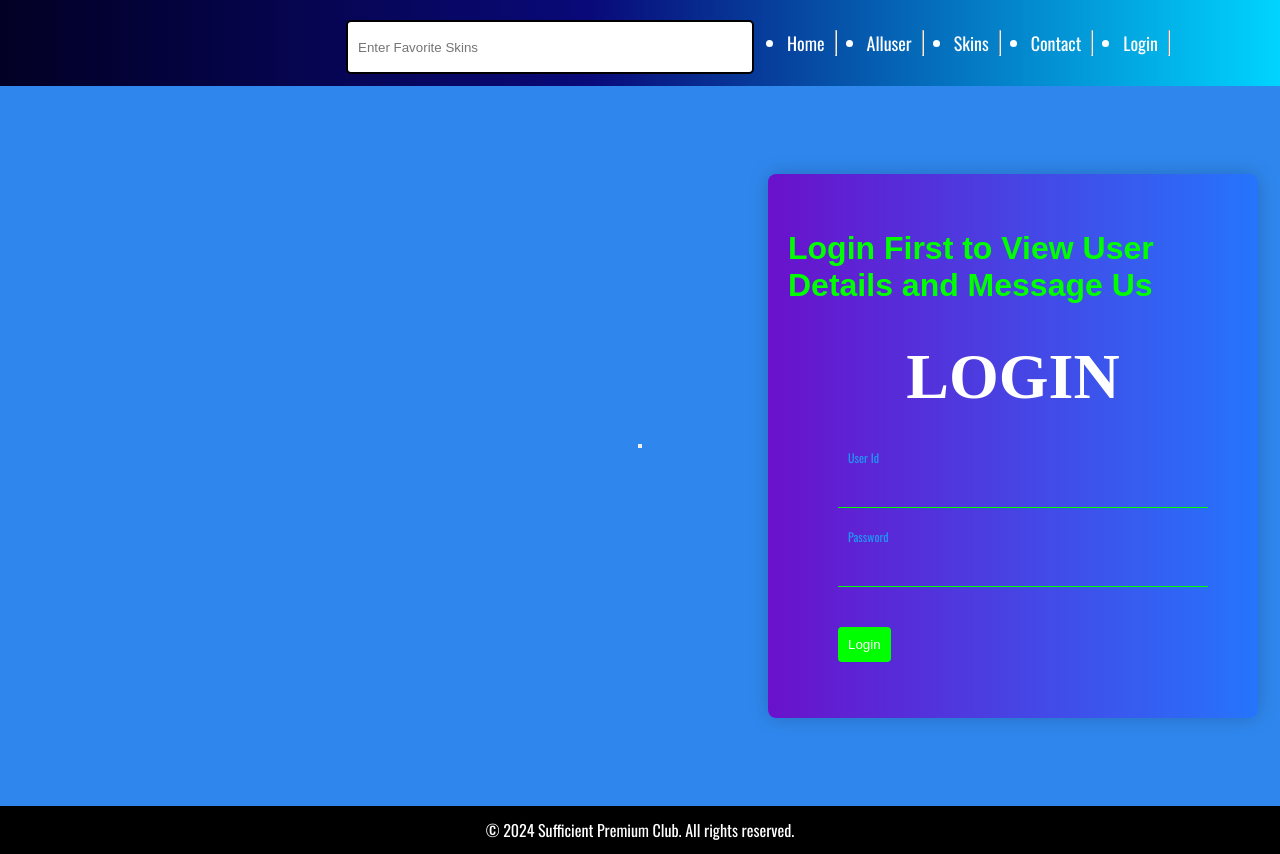
Repository: TechMukul/new
Page: /Login
The author's editor kept a copy of each file at every save. The page is drawn from the files as they stood at one save, then again after the next save.
The browser window is 1280 px wide. The pictures show the whole page.
Some web fonts or font styles are not loaded; a fallback is used. The project was rebuilt for these pictures with package versions that can differ from the ones it lists, and the page was loaded fresh each time. The framework's server and built-in components were replaced by stand-ins that run in the browser. Also part of the build but not shown: next.config.mjs.

Above is the page before, as saved 2024-08-09 15:16:44.

After the next save:
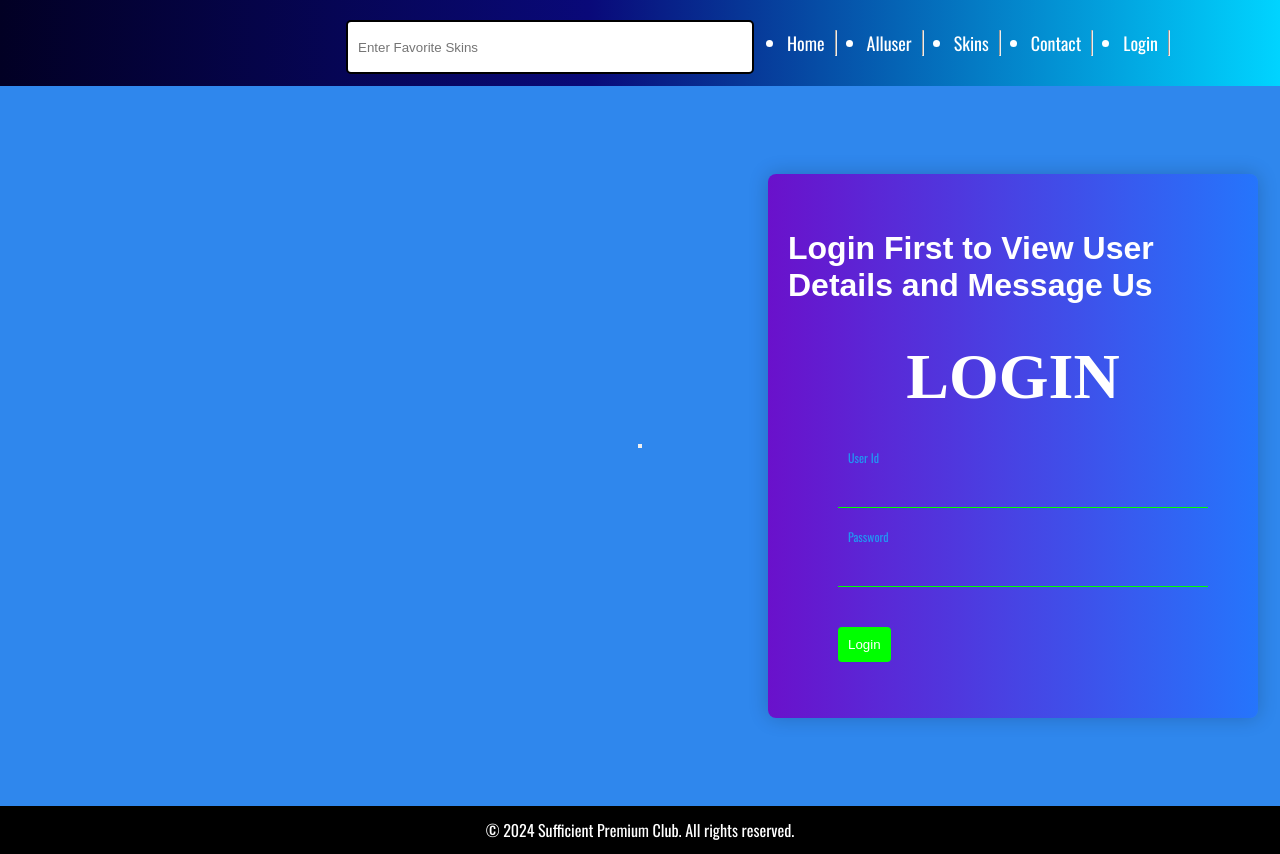
Saved 5 s later.
--- a/pages/Login/index.module.scss
+++ b/pages/Login/index.module.scss
@@ -68,7 +68,7 @@
   display: flex;
   justify-content: space-evenly;
   flex-direction: column;
-  color: #00ff00; /* Green font color */
+  color: white; /* Green font color */
   position: absolute;
   left: 60%;
   height: 70vh;
